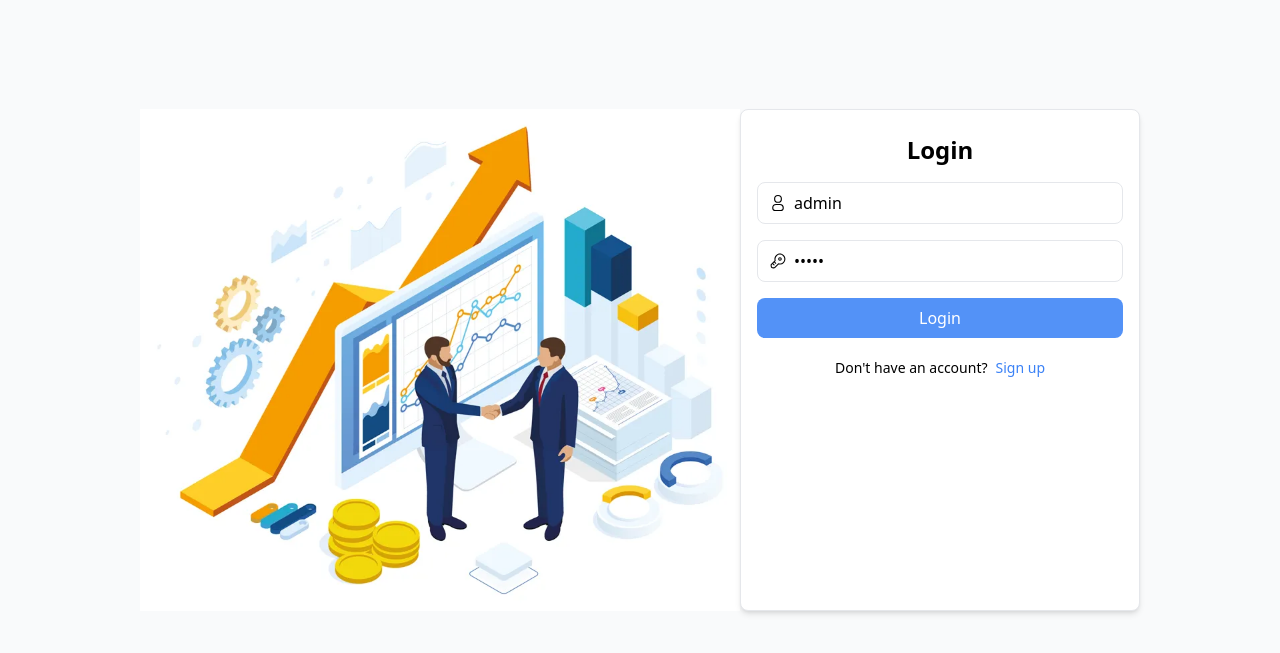
Repository: Fortivera/yourestate
Page: /
These files come from the project's save history. The page is drawn as it stood at one moment and after the next save; the edit follows.
The browser window is 1280 px wide. The pictures show the whole page.
The project was rebuilt for these pictures with package versions that can differ from the ones it lists, and the page was loaded fresh each time. The framework's server and built-in components were replaced by stand-ins that run in the browser. Also part of the build but not shown: next.config.js.

Above is the page before, as saved 2023-11-02 14:37:52.

### src/app/layout.tsx
import './globals.css'



export const metadata = {
  title: 'Home',
  description: "great explanation of something",
}

export default function RootLayout({ children }: { children: React.ReactNode }) {
  return (
    <html lang="en">
      <body>
        {children}
      </body>
    </html>
  );
}

### src/app/page.tsx
import Link from "next/link"
import Image from "next/image"
import SvgNewUser from "public/static/SvgNewUser"
import SvgPassword from "public/static/SvgPassword"

export default function Login() {
  return (
    <div className="min-h-screen bg-gray-50 flex items-center justify-center">
      <div className="flex justify-center items-center w-full px-4 py-10 tablet:w-[540px] ">
        <div className="flex laptop:flex-row tablet:flex-col mobile:flex-col">
          <figure className="w-[600px]  ">
            <Image src="/static/growth.jpg" alt="login page picture" layout="responsive" width={500} height={700} className={""} />
          </figure>
          <div className="w-[400px] px-4 pb-8 pt-6 bg-white border rounded-lg shadow-md">
            <h1 className="text-2xl font-semibold text-center mb-4">Login</h1>

            <div className="mb-4 relative">
              <label className="text-sm" htmlFor="Name">
                <SvgNewUser width={18} height={18} className={"absolute left-3 top-3"} />
              </label>
              <input defaultValue="admin" id="Name" type="text" name="Name" placeholder="Username" autoComplete="given-name" required className="block w-full border rounded-lg py-2 pl-9 mt-1 focus:ring focus:ring-blue-300" />
            </div>

            <div className="mb-4 relative">
              <label className="text-sm" htmlFor="Password">
                <SvgPassword width={18} height={18} className={"absolute left-3 top-3"} />
              </label>
              <input defaultValue="admin" id="Password" type="password" name="Password" placeholder="Password" required className="block w-full border rounded-lg py-2 pl-9 mt-1 focus:ring focus:ring-blue-300" />
            </div>

            <button type="button" aria-label="Sign-in button" className="bg-[#5392f7] text-white rounded-lg w-full py-2 mb-4 hover:bg-[#3b83f6]">
              <Link href="/dashboard">Login</Link>
            </button>
            <div className="flex text-sm justify-center">
              <div className="p-1">Don't have an account?</div>
              <Link href="/user" className="text-blue-500 hover:underline p-1">
                Sign up
              </Link>
            </div>
          </div>
        </div>
      </div>
    </div>
  )
}

### src/app/globals.css

@import url('https://fonts.googleapis.com/css2?family=Lora:ital,wght@0,400;0,500;0,600;1,400;1,500;1,600&family=Montserrat:ital,wght@0,300;0,400;0,500;0,600;1,300;1,400;1,500;1,600&family=Poppins:ital,wght@0,300;0,400;0,500;0,600;0,700;0,800;0,900;1,300;1,400;1,500;1,600;1,700;1,800;1,900&family=Noto+Sans:ital,wght@0,300;0,400;0,500;0,600;0,700;0,800;0,900;1,300;1,400;1,500;1,600;1,700;1,800;1,900&display=swap');

@tailwind base;
@tailwind components;
@tailwind utilities;

.navbarDark{
  background-color:rgb(45 48 56 );
  color: #ddd;
}
.navbarLight {
  background-color: rgb(59 130 246 / 0.5);
  color: black;
}
.propertyListLight {
  background-color: rgb(249 250 251);
  color: black;
  border-color: rgb(229 231 235);
  }
.propertyListDark {
  background-color:rgb(45 48 56 / 0.95);
  color: #ddd;

}
.searchbarLight {
  background-color: rgb(248 250 252);
  color: black;

}
.searchbarDark {
  background-color:rgb(100 116 139 / 0.6);
  color: #ddd;
}
.propertyLight {
  background-color: rgb(249 250 251);
  color: black;

}
.propertyDark {
  background-color:rgb(45 48 56 / 0.95);
  color: #ddd;
}

### public/static/SvgNewUser.tsx
import * as React from "react"
import { SVGProps } from "react"
const SvgNewUser = (props: SVGProps<SVGSVGElement>) => (
  <svg
    xmlns="http://www.w3.org/2000/svg"
    width={800}
    height={800}
    fill="none"
    viewBox="0 0 24 24"
    {...props}
  >
    <g fill="#000" fillRule="evenodd" clipRule="evenodd">
      <path d="M12 2.75a3.75 3.75 0 1 0 0 7.5 3.75 3.75 0 0 0 0-7.5ZM6.75 6.5a5.25 5.25 0 1 1 10.5 0 5.25 5.25 0 0 1-10.5 0ZM4.25 18.571a5.321 5.321 0 0 1 5.321-5.321h4.858a5.321 5.321 0 0 1 5.321 5.321 4.179 4.179 0 0 1-4.179 4.179H8.43a4.179 4.179 0 0 1-4.179-4.179Zm5.321-3.821a3.821 3.821 0 0 0-3.821 3.821c0 1.48 1.2 2.679 2.679 2.679h7.142c1.48 0 2.679-1.2 2.679-2.679 0-2.11-1.71-3.821-3.821-3.821H9.57Z" />
    </g>
  </svg>
)
export default SvgNewUser

### public/static/SvgPassword.tsx
import * as React from "react"
import { SVGProps } from "react"
const SvgPassword = (props: SVGProps<SVGSVGElement>) => (
    <svg
        xmlns="http://www.w3.org/2000/svg"
        width={800}
        height={800}
        fill="none"
        viewBox="0 0 24 24"
        {...props}
    >
        <g fill="#000" fillRule="evenodd" clipRule="evenodd">
            <path d="M4.51 14.999a.689.689 0 0 1 .975 0l1.75 1.749a.689.689 0 0 1-.975.974l-1.75-1.75a.689.689 0 0 1 0-.973ZM6.698 12.812a.689.689 0 0 1 .974 0l1.749 1.75a.689.689 0 0 1-.974.974l-1.75-1.75a.689.689 0 0 1 0-.974Z" />
            <path d="M18.752 5.232c-2.32-2.313-6.075-2.312-8.386 0h-.001c-1.612 1.604-2.1 3.915-1.472 5.958.075.243.009.509-.172.69L3.74 16.86a.975.975 0 0 0-.184.341.912.912 0 0 0-.055.38l.001.006.262 1.901a.912.912 0 0 0 .262.474.857.857 0 0 0 .462.256l1.913.263c.08.012.223.003.385-.05a.838.838 0 0 0 .324-.177l.008-.007 4.995-4.986a.688.688 0 0 1 .692-.17c2.028.634 4.34.14 5.956-1.466a5.94 5.94 0 0 0-.009-8.393Zm-9.36-.975c2.85-2.85 7.475-2.848 10.332 0 2.86 2.849 2.86 7.493.01 10.342l-.001.002A7.316 7.316 0 0 1 12.8 16.52l-4.707 4.698a2.19 2.19 0 0 1-.883.523c-.309.1-.668.152-1.006.104h-.003L4.3 21.582c-.491-.069-.928-.326-1.25-.65a2.279 2.279 0 0 1-.649-1.24l-.001-.01-.262-1.902v-.003a2.26 2.26 0 0 1 .111-1.012c.102-.305.27-.625.505-.868l.007-.007 4.703-4.702c-.591-2.404.043-5.056 1.928-6.932Z" />
            <path d="M14.62 8.302a1.06 1.06 0 1 0 0 2.121 1.06 1.06 0 0 0 0-2.121Zm-2.438 1.06a2.438 2.438 0 1 1 4.876 0 2.438 2.438 0 0 1-4.877 0Z" />
        </g>
    </svg>
)
export default SvgPassword

### tailwind.config.js
/* eslint-disable prettier/prettier */
/** @type {import('tailwindcss').Config} */
module.exports = {
  content: [
    "./app/**/*.{js,ts,jsx,tsx}",
    "./pages/**/*.{js,ts,jsx,tsx}",
    "./components/**/*.{js,ts,jsx,tsx}",

    // Or if using `src` directory:
    "./src/**/*.{js,ts,jsx,tsx}",
  ],
  theme: {
    extend: {
      fontFamily: {
        Poppins: ["Poppins", "sans-serif"],
        Montserrat: ["Montserrat", "sans-serif"],
        Lora: ["Lora", "sans-serif"],
        Noto: ["Noto Sans", "sans-serif"],
      },
      screens: {
        'mobile': "320px",
        'tablet': "481px",
        'laptop': "769px",
       ' desktop': "1025px",
      },


    },
    plugins: [],
  },
}

After the next save:
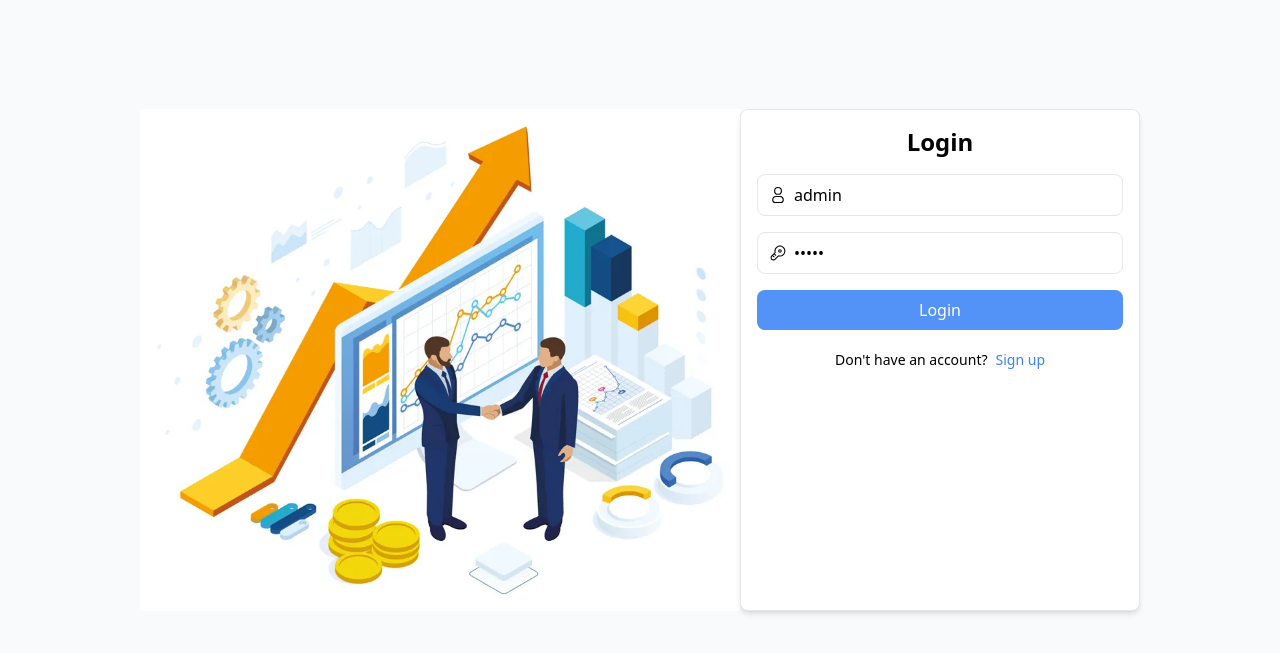
Saved 8 s later.
--- a/src/app/page.tsx
+++ b/src/app/page.tsx
@@ -11,7 +11,7 @@ export default function Login() {
           <figure className="w-[600px]  ">
             <Image src="/static/growth.jpg" alt="login page picture" layout="responsive" width={500} height={700} className={""} />
           </figure>
-          <div className="w-[400px] px-4 pb-8 pt-6 bg-white border rounded-lg shadow-md">
+          <div className="w-[400px] px-4 pb-8 pt-4 bg-white border rounded-lg shadow-md">
             <h1 className="text-2xl font-semibold text-center mb-4">Login</h1>
 
             <div className="mb-4 relative">
